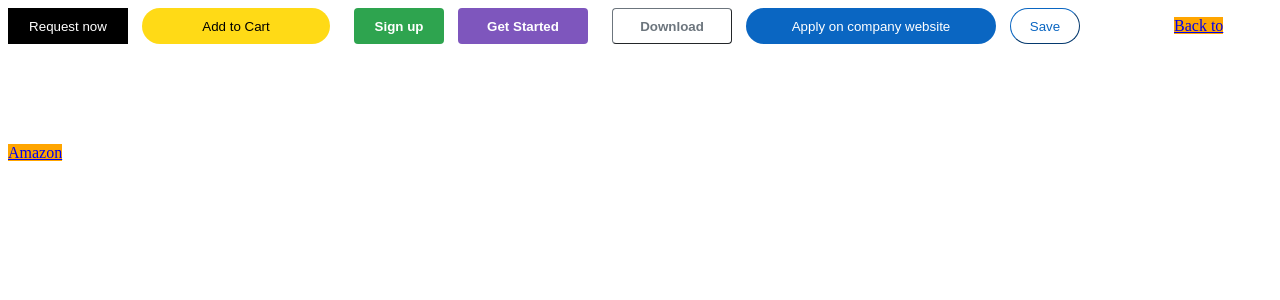
Repository: Kurumilli/Youtube
Page: Exercise3.html
These files come from the project's save history. The page is drawn as it stood at one moment and after the next save; the edit follows.
The browser window is 1280 px wide. The pictures show the whole page.
The pointer rests on the first visible `.a`.

Above is the page before, as saved 2025-01-25 12:48:28.

### Exercise3.html
<html>
    <body>
        <style>
            .uber{
                background-color: black;
                color: white;
                height:36px;
                border: none;
                width: 120px;
                margin-bottom: 100px;
                cursor: pointer;
                margin-right: 10px;
                transition: opacity 0.15s;
            }
            .uber:hover{
                opacity: 0.7;
            }

            .amazon{
                background-color:rgb(255,218,22) ;
                height: 36px;
                width: 188px;
                border: none;
                border-radius: 18px;
                margin-right: 10px;
                cursor: pointer;
                transition: background-color 0.15s;
            }

                .amazon:hover{
                    background-color:rgb(255,210,15) ; ;
                }

                .github{
                    background-color:rgb(46,164,79) ;
                    color: white;
                    height: 36px;
                    width: 90px;
                    border-radius: 4px;
                    margin-left: 10px;
                    cursor: pointer;
                    border:none;
                    font-weight: bold;
                    transition: box-shadow 0.15s;
                }

                .github:hover{
                    box-shadow: 8px 8px 10px rgba(0,0,0,0.15);
                }

                .bootstrap{
                    background-color:  rgb(126, 86, 189);
                    color: white;
                    font-weight: bold;
                    height: 36px;
                    width: 130px;
                    border: none;
                    border-radius: 4px;
                    cursor: pointer;
                    margin-left: 10px;
                    margin-right: 10px;
                    transition: background-color 0.15s;
                }

                .bootstrap:hover{
                    background-color: rgb(121, 82, 179);
                }

                .bootstrap2d{
                    font-weight: bold;
                    height: 36px;
                    width: 120px;
                    color: rgb(108,117,125);
                    background-color: white;
                    border-width: 1px;
                    border-color: rgb(108,117,125);
                    border-radius: 4px;
                    margin-left: 10px;
                    margin-right: 10px;
                    cursor: pointer;
                    transition: background-color, color 0.15s;
                }

                .bootstrap2d:hover{
                    background-color: rgb(108,117,125);
                    color: white;
                }

                .linkedin{
                background-color: rgb(10,102,194);
                color: white;
                height: 36px;
                width: 250px;
                border: none;
                cursor: pointer;
                border-radius: 18px;
                margin-right: 10px;
                transition: background-color 0.15s;
            }

            .linkedin:hover{
                background-color: rgb(5,90,160);
            }

            .linkedin2q{
                background-color: white;
                color:rgb(10,102,194);
                height: 36px;
                width: 70px;
                cursor: pointer;
                border-radius: 18px;
                border-color:rgb(10,102,194) ;
                border-width: 1px;
                margin-right: 90px;
                transition:background-color, border-width, border-color 0.15s
            }

            .linkedin2q:hover{
                 background-color: lightcyan;
                 font-weight: bold;
                 border-width: 2px;
                 border-color: rgb(10,102,194);
            }
             .a:hover{
                background-color: orange;
             }
         </style>
         <button class="uber">
            Request now
        </button>

        <button class="amazon">
            Add to Cart
        </button>

        <button class="github">
             Sign up
        </button>

        <button class="bootstrap">
            Get Started
        </button>

        <button class="bootstrap2d">
            Download
        </button>

        <button class="linkedin">
            Apply on company website
        </button>

        <button class="linkedin2q">
            Save
        </button>

        <a class="a" href="https://www.amazon.in/?&tag=googhydrabk1-21&ref=pd_sl_5szpgfto9i_e&adgrpid=155259813593&hvpone=&hvptwo=&hvadid=674893540034&hvpos=&hvnetw=g&hvrand=12349396605786975803&hvqmt=e&hvdev=c&hvdvcmdl=&hvlocint=&hvlocphy=9147615&hvtargid=kwd-64107830&hydadcr=14452_2316413&gad_source=1">
            Back to Amazon
        </a>

     </body>
</html>

After the next save:
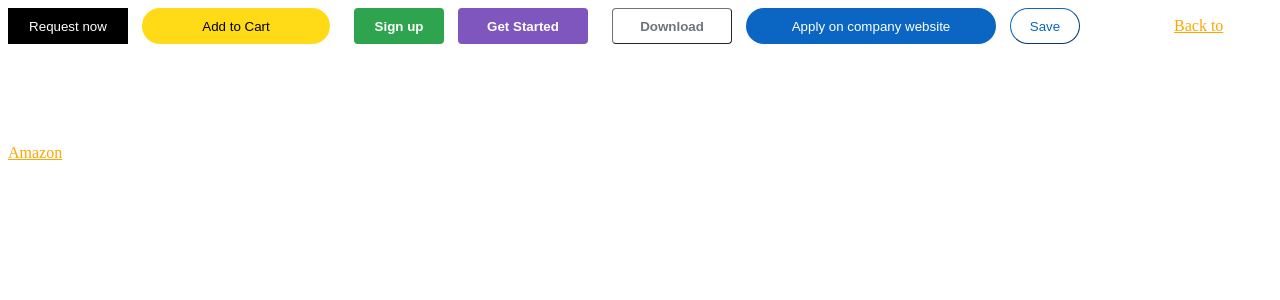
Saved 9 s later.
--- a/Exercise3.html
+++ b/Exercise3.html
@@ -122,7 +122,7 @@
                  border-color: rgb(10,102,194);
             }
              .a:hover{
-                background-color: orange;
+                color: orange;
              }
          </style>
          <button class="uber">
